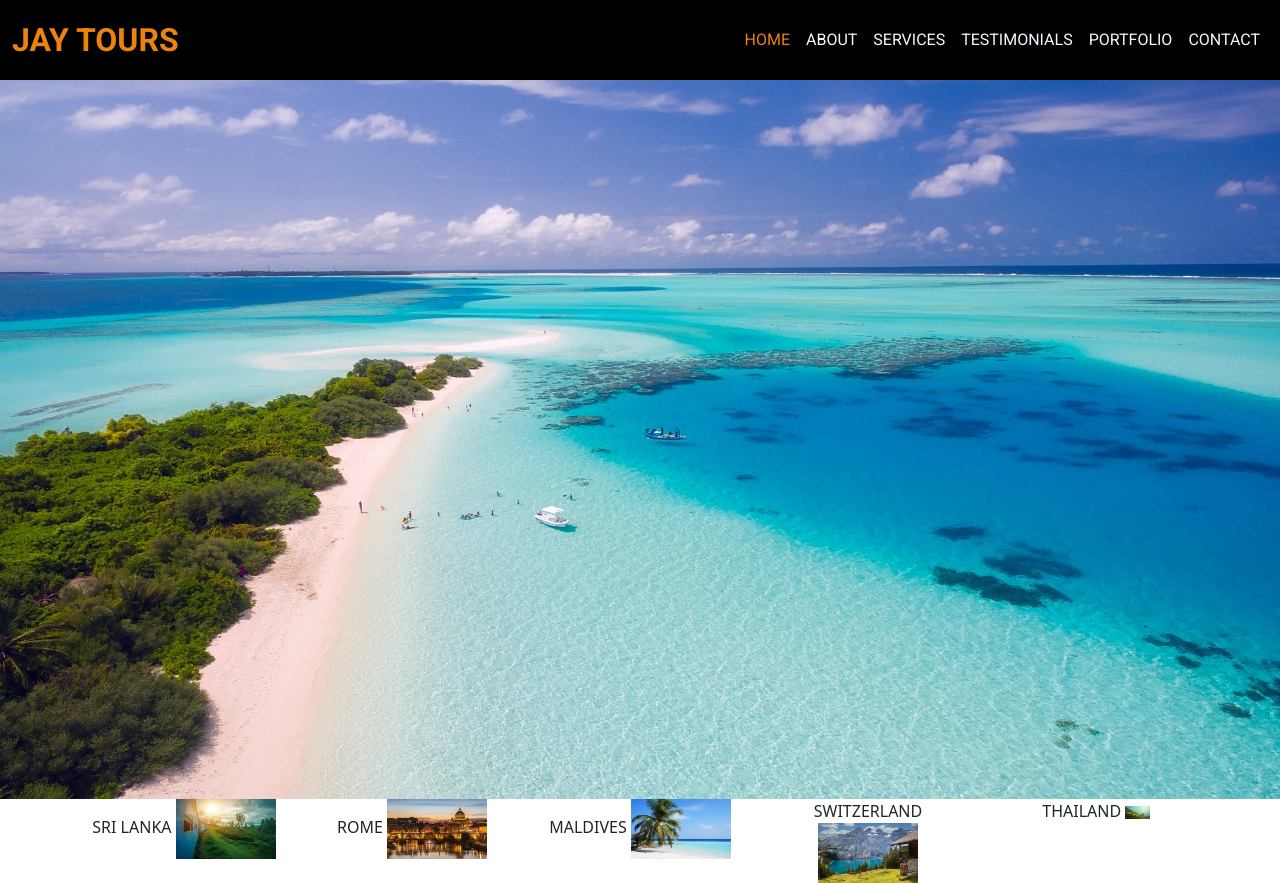
Repository: kasundiudn/Jay-Travel
Page: index.html
These files come from the project's save history. The page is drawn as it stood at one moment and after the next save; the edit follows.
The browser window is 1280 px wide. The pictures show the whole page.

Above is the page before, as saved 2025-06-26 10:24:38.

After the next save:
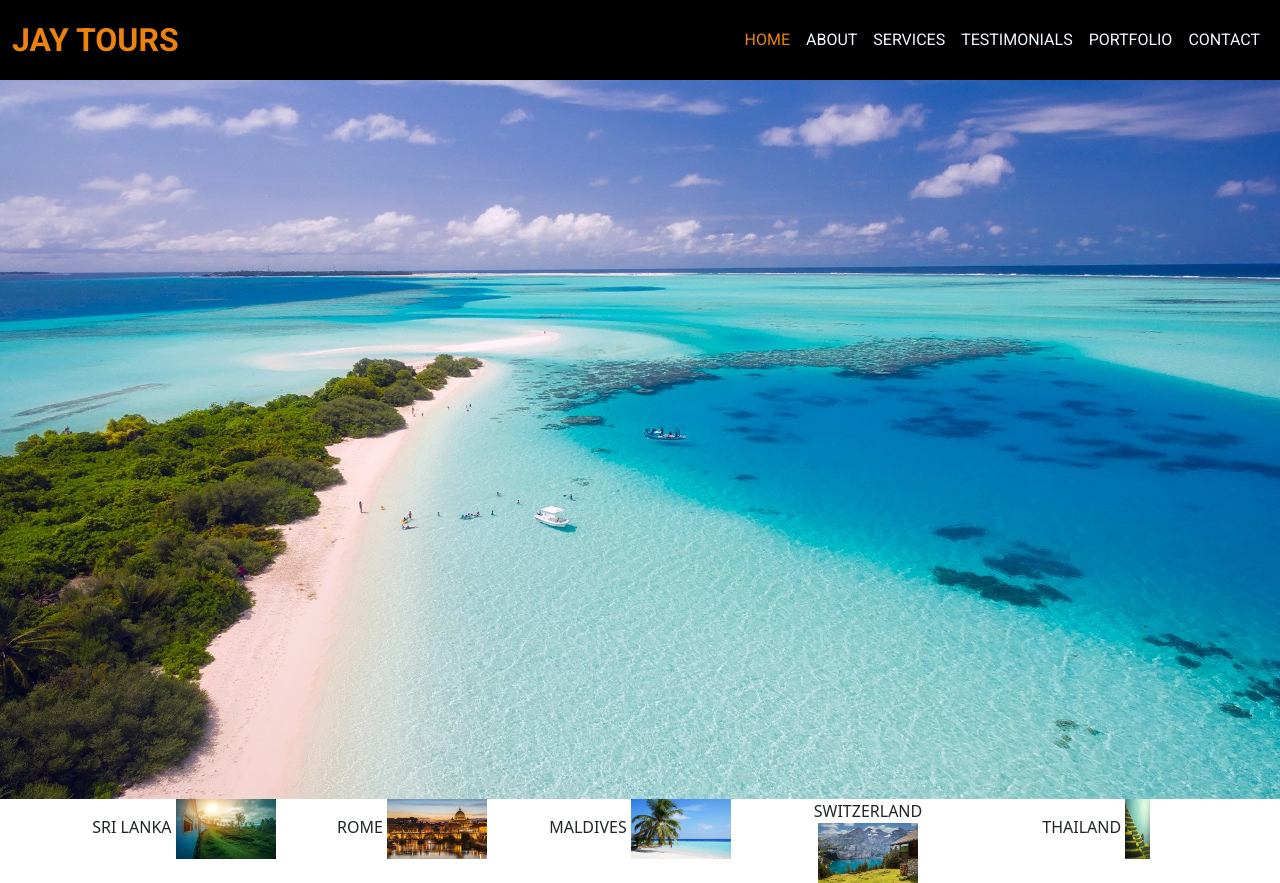
Saved 7 s later.
--- a/index.html
+++ b/index.html
@@ -71,7 +71,7 @@
     </div>
     <div class="col">
       THAILAND
-        <img src="Thailand.jpg" alt="THAILAND" style="width: 12%;0 height: 60px;">
+        <img src="Thailand.jpg" alt="THAILAND" style="width: 12%; height: 60px;">
     </div>
   </div>
 </div>
